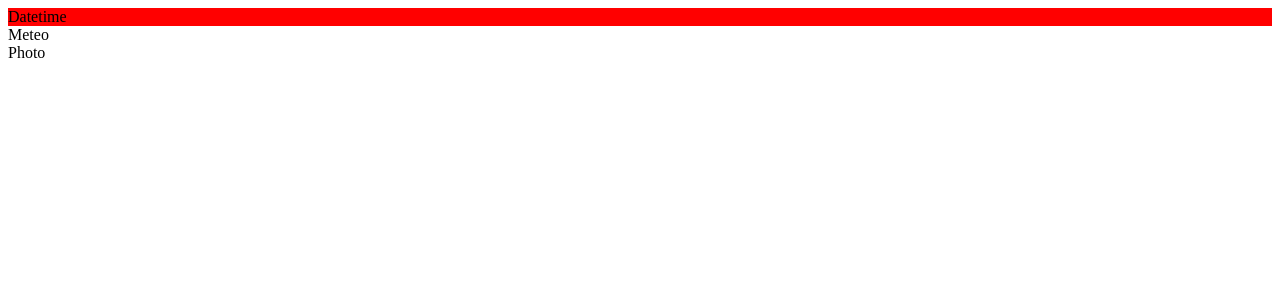
Repository: songvi/meteo
Page: /
These files come from the project's save history. The page is drawn as it stood at one moment and after a run of saves; the edit follows.
The browser window is 1280 px wide. The pictures show the whole page.
The project was rebuilt for these pictures with package versions that can differ from the ones it lists, and the page was loaded fresh each time. Also part of the build but not shown: src/App.css.

Above is the page before, as saved 2023-04-02 22:42:23.

### src/App.tsx
import React from 'react';
import logo from './logo.svg';
import './App.css';
import Navbar from './app/Navbar';

function App() {
  return (
    <Navbar />
  );
}

export default App;

### src/app/Navbar.tsx
import React from 'react'
import { Box, Stack } from '@mui/material'
import Meteo from '../features/meteo/Meteo'
import Photo from '../features/media/Photo'
import Datetime from '../features/datetime/Datetime'

const Navbar = () => {
    return (
        <Stack direction={'column'}>
            <Datetime  />
            <Meteo />
            <Photo />
        </Stack>
    )
}

export default Navbar

### src/features/meteo/Meteo.tsx
import { Box } from '@mui/material';
import React from 'react';

const Meteo = () => {
  return (
    <Box>Meteo</Box>
  )
}

export default Meteo

### src/features/media/Photo.tsx
import { Box } from '@mui/material'
import { blue } from '@mui/material/colors'
import React from 'react'

const Photo = () => {
  return (
    <Box sx={{backgroundColor: blue}}>Photo</Box>
  )
}

export default Photo

### src/features/datetime/Datetime.tsx
import { Box } from '@mui/material'
import React from 'react'

const Datetime = () => {
    return (
        <Box sx={{backgroundColor:'red'}}>Datetime</Box>
    )
}

export default Datetime

Loaded but not shown: public/index.html (common file); src/index.tsx (common file)

After the next 2 saves:
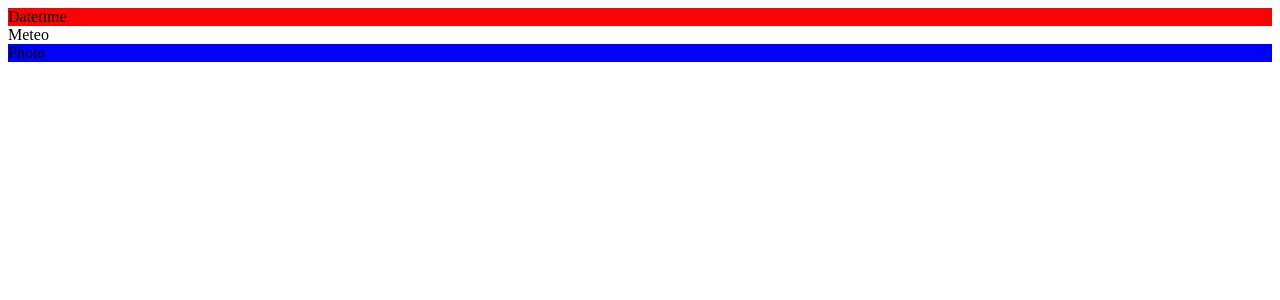
The 2 saves are shown as one change because they came seconds apart.
The last was saved 19 s later.
--- a/src/features/media/Photo.tsx
+++ b/src/features/media/Photo.tsx
@@ -4,7 +4,7 @@
 
 const Photo = () => {
   return (
-    <Box sx={{backgroundColor: blue}}>Photo</Box>
+    <Box sx={{backgroundColor: 'blue'}}>Photo</Box>
   )
 }
 

After the save that followed:
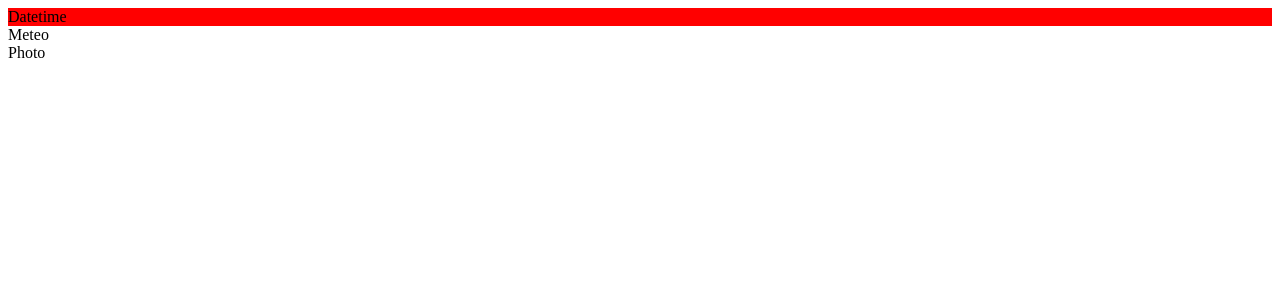
Saved 6 s later.
--- a/src/features/media/Photo.tsx
+++ b/src/features/media/Photo.tsx
@@ -4,7 +4,7 @@
 
 const Photo = () => {
   return (
-    <Box sx={{backgroundColor: 'blue'}}>Photo</Box>
+    <Box sx={{backgroundColor: 'bluesky'}}>Photo</Box>
   )
 }
 
